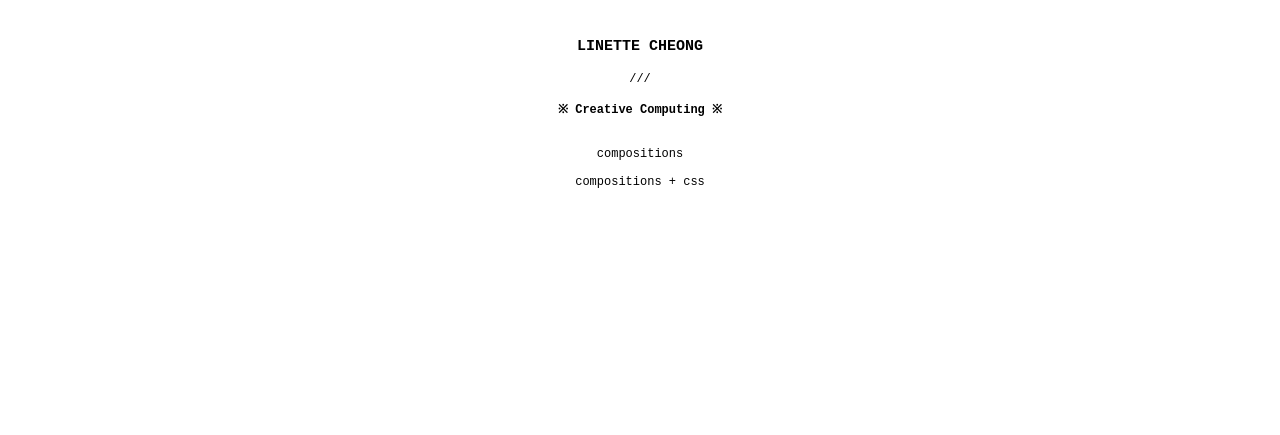
Repository: Nnetterz/Nnetterz.github.io
Page: index.html
The author's editor kept a record of every edit. The page is drawn from the files as they stood at one moment, then again after the next edit.
The browser window is 1280 px wide. The pictures show the whole page.

Above is the page before.

### index.html
<!DOCTYPE html>
<html>
    <head>
        <title>Creative Computing</title>
        <link href="style.css" rel="stylesheet">
    </head>
    <body>
<div class="wrapper">

    <div class="headerone">
        <b>Linette Cheong</b><br><br></div>
    <div class="midheader">
        ///<br><br></div>
    <div class="headertwo">
       <b>&#8251; Creative Computing &#8251;</b>
    </div>
    <div class="content">
        <a href="type1/index1.html">compositions</a><br><br>
        <a href="type2/index1.html">compositions + css</a><br><br>

     </div>
<div>

</div>





    </body>
</html>

### style.css
body {
    background-color: White;
    font-size: 12px;
    font-family: 'Andale Mono', AndaleMono, monospace;
    text-align: center;

}

.headerone {
    padding-top: 30px;
    text-transform: uppercase;
    font-size: 15px;
}

.content {
     padding-top: 30px;
     font-family: 'Andale Mono', AndaleMono, monospace, black;
}

.one:hover {
    background-color: black;
}

a:link {
    color: black;
    text-decoration: none;
}

a:hover {
    color: #d3d3d3;
}

After the next edit:
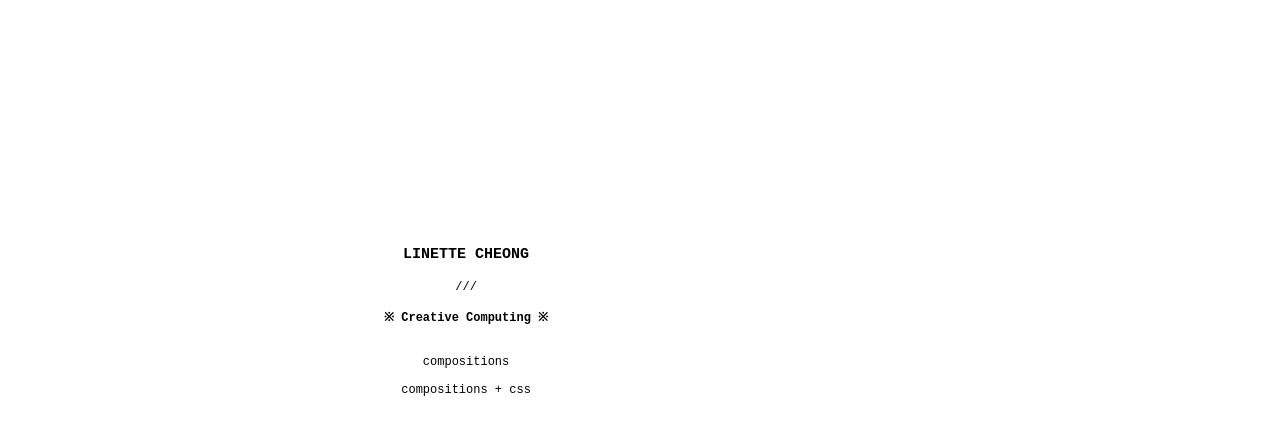
The edit:
--- a/style.css
+++ b/style.css
@@ -10,6 +10,12 @@ body {
     padding-top: 30px;
     text-transform: uppercase;
     font-size: 15px;
+}
+
+.wrapper{
+    position:absolute;
+    top: 30%;
+    left: 30%;
 }
 
 .content {
